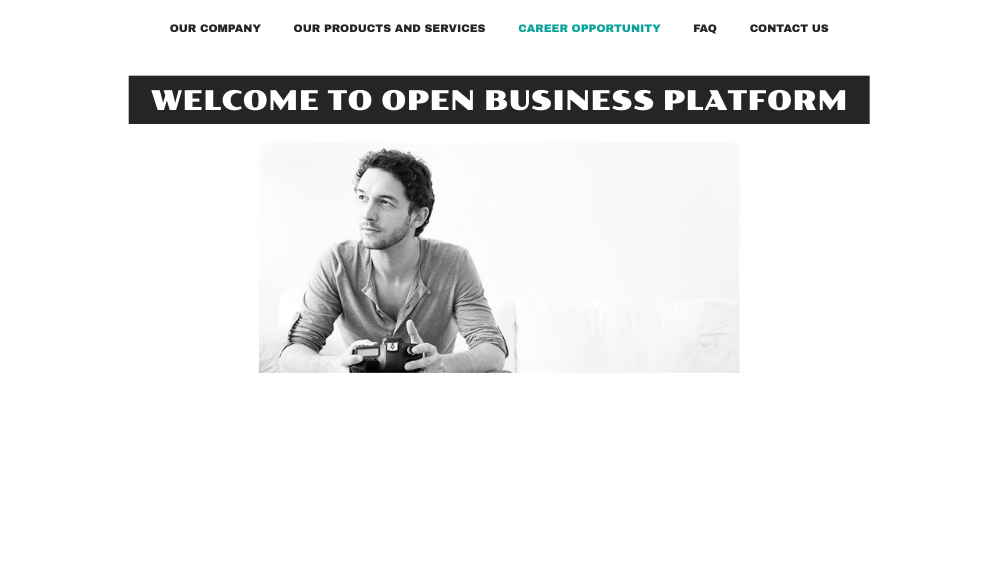
Repository: asifdotpy/textechint
Page: about.html
The author's editor kept a copy of each file at every save. The page is drawn from the files as they stood at one save, then again after a run of saves.
The browser window is 1280 px wide. The pictures show the whole page, at 78% of full size.

Above is the page before, as saved 2021-02-24 00:46:16.

### about.html
<!doctype html>
<html>
<head>
	<meta charset="UTF-8">
	<meta name="viewport" content="width=device-width, initial-scale=1.0">
	<title>Career Opportunity - Tex Tech International</title>
	<link rel="stylesheet" type="text/css" href="css/style.css">
	<link rel="stylesheet" type="text/css" href="css/mobile.css" media="screen and (max-width : 568px)">
	<script type="text/javascript" src="js/mobile.js"></script>
</head>
<body>
	<div id="header">
		<ul id="navigation">
			<li>
				<a href="index.html">our company</a>
			</li>
			<li>
				<a href="gallery.html">Our Products and services
				</a>
			</li>
			<li class="selected">
				<a href="about.html">career opportunity</a>
			</li>
			<li>
				<a href="blog.html">faq</a>
			</li>
			<li>
				<a href="contact.html">contact us</a>
			</li>
		</ul>
	</div>
	<div id="body">
		<h1><span>Welcome to Open Business Platform</span></h1>
		<div>
			<img src="images/photographer.jpg" alt="">
			<div class="article">
				<!--<h3>Tex Tech International is the first and largest open business platform in Bangladesh</h3>
				<p>
					which might as well be the game changer in the business concepts of the country. It is a massive crowdsourcing platform which facilitates creative people to turn their ideas into products and profits.

				</p>
				<h3>Our goal </h3>
				<p>
					is to create a truly interconnected that’s are involved in Apparels as a part of Marketing, who has potential customers & this platform helps to start businesses and getting many apparels service with zero investment. This platform helps to build supply networks they know and trust, paving the way for transparent and sustainable supply chains. We are constantly looking beyond customers’ and society’s expectations in order to deliver market leading services wherever they are needed. As a leader in providing specialized business solutions that improve quality, safety and productivity and reduce risk & Office cost, we help customers navigate an increasingly regulated world. Our independent services add significant value to our customers’ operations and ensure business sustainability.

				</p>
				<h3>Be Part of Our Community</h3>
				<p>
					As well as delivering services that promote sustainable development, our values also show a commitment to corporate sustainability. For us, sustainability is about managing a long-term profitable business while taking into account all the positive and negative environmental, social and economic effects we have on society. We partner with you to deliver and take care independent (Merchandising, Sourcing, Development, Commercial, Production, Logistics etc.) services that will help you to improve operations, reduce wages cost along with Daily/Monthly cost and develop smart solutions.

				</p>
				<h3>Work area</h3>
				<p>
					Wherever you are in the world, in whatever you are connected in Apparels industry, you can rely on our service to provide specialized solutions to make your business faster and simpler. As you ensure Sales/Export, we take care of the manufacturing, shipping, customer service, and everything else that goes into making sure your customers are happy. Tex Tech International may be the only one among the existing business models that requires absolute zero investment to initiate and guarantees significant recognition and profits in virtually non-existent legwork and absolutely minimal efforts. All you need to do is bring your creativity and help spread the word, we’ll take care of the rest.

				</p>
			</div>
		</div>
	</div>
	<div id="footer">
		<div>
			<p>&copy; Created by Asif and Apu. All rights reserved.</p>
			<ul>
				<li>
					<a href="http://freewebsitetemplates.com/go/twitter/" id="linkedin">lindedin</a>
				</li>
				<li>
					<a href="https://www.facebook.com/textechint" target="_blank" id="facebook">facebook</a>
			</ul>
		</div>
	</div>
</body>
</html>

### css/style.css
@font-face {
	font-family: 'poller_oneregular';
	src: url('../fonts/pollerone/pollerone-webfont.eot');
	src: url('../fonts/pollerone/pollerone-webfont.eot?#iefix') format('embedded-opentype'),
		 url('../fonts/pollerone/pollerone-webfont.woff') format('woff'),
		 url('../fonts/pollerone/pollerone-webfont.ttf') format('truetype'),
		 url('../fonts/pollerone/pollerone-webfont.svg#poller_oneregular') format('svg');
}
@font-face {
	font-family: 'leckerli_oneregular';
	src: url('../fonts/leckerlione/leckerlione-regular-webfont.eot');
	src: url('../fonts/leckerlione/leckerlione-regular-webfont.eot?#iefix') format('embedded-opentype'),
		 url('../fonts/leckerlione/leckerlione-regular-webfont.woff') format('woff'),
		 url('../fonts/leckerlione/leckerlione-regular-webfont.ttf') format('truetype'),
		 url('../fonts/leckerlione/leckerlione-regular-webfont.svg#leckerli_oneregular') format('svg');
}

body {
	background: #fff;
	font-family: Arial, Helvetica, sans-serif;
	font-size: 14px;
	font-weight: normal;
	line-height: 1;
	margin: 0;
	min-width: 960px;
	padding: 0;
}
p {
	color: #252525;
	line-height: 24px;
	margin: 0;
	padding: 0;
}
p a {
	color: #252525;
	text-decoration: underline;
}
p a:hover {
	color: #898989;
}
#header {
	margin: 0 auto;
	padding: 4px 0 50px;
	text-align: center;
	width: 960px;
}
#header a.logo {
	display: block;
	margin: 0 auto;
	padding: 0;
	width: 340px;
}
#header a.logo img {
	border: 0;
	display: block;
	margin: 0;
	padding: 0;
}
#header ul {
	margin: 0;
	padding: 25px 0 0;
}
#header ul li {
	display: inline;
	list-style: none;
	margin: 0;
	padding: 0 19px;
}
#header ul li a {
	color: #252525;
	display: inline-block;
	font-family: "Arial Black", Gadget, sans-serif;
	font-size: 14px;
	font-weight: normal;
	margin: 0;
	padding: 0 0 3px;
	text-decoration: none;
	text-transform: uppercase;
}
#header ul li a:hover, #header ul li.selected a {
	color: #0ba39c;
}
#body {
	margin: 0;
	padding: 0 0 30px;
	text-align: center;
}
#body h1 {
	color: #fff;
	display: inline;
	font-family: poller_oneregular;
	font-size: 35px;
	font-weight: normal;
	margin: 0;
	padding: 0;
	text-transform: uppercase;
}
#body h1 span {
	background: #252525;
	display: inline-block;
	padding: 15px 28px 12px;
}
#body > div {
	margin: 0 auto;
	padding: 0;
	width: 960px;
}
#body > div img {
	border: 0 auto;
	margin: 24px 0 0;
	padding: 0;
}
#body > div .article {
	margin: 0 auto;
	padding: 30px 30px 0;
	width: 560px;
}
#body > div .article h2 {
	font-family: "Arial Black", Gadget, sans-serif;
	font-size: 25px;
	font-weight: normal;
	margin: 0 0 30px;
}
#body > div .article h3 {
	color: #252525;
	line-height: 24px;
	margin: 0;
	padding: 0;
}
#body > div .article h4 {
	background: #252525;
	color: #fff;
	display: inline-block;
	font-family: "Arial Black", Gadget, sans-serif;
	font-size: 25px;
	font-weight: normal;
	margin: 0 0 30px;
	padding: 8px 27px 10px;
}
#body > div .article p {
	margin: 0 0 30px;
	text-align: justify;
}
#body div div ul {
	margin: 0;
	padding: 24px 10px 0;
	width: 940px;
	list-style-type: none;
}
#body div div ul li {
	border: 2px solid #1a1a1a;
	display: block;
	list-style: none;
	margin: 0 0 13px;
	overflow: hidden;
	padding: 0;
}
#body div ul li .figure {
	border-right: 2px solid #1a1a1a;
	float: left;
	margin: 0;
	padding: 0;
	width: 376px;
}
#body div ul li img {
	border: 0;
	display: block;
	margin: 0;
	padding: 0;
	opacity: 0.8;
	transition: 0.5s ease-in-out;
}
#body div ul li .figure:hover img {
	opacity: 1;
}
#body div ul li div {
	float: left;
	margin: 0;
	padding: 63px 0 20px;
	width: 558px;
}
#body div ul li div h3 {
	color: #252525;
	font-family: "Arial Black", Gadget, sans-serif;
	font-size: 25px;
	font-weight: normal;
	margin: 0;
	padding: 0;
	text-transform: uppercase;
}
#body div ul li div p {
	padding: 30px 30px 18px;
}
#body div ul li div a.more {
	background: #000;
	color: #fff;
	display: inline-block;
	font-family: "Arial Black", Gadget, sans-serif;
	font-size: 18px;
	font-weight: normal;
	margin: 0;
	padding: 8px 28px;
	text-decoration: none;
	text-transform: uppercase;
}
#body div ul li div a.more:hover {
	color: #252525;
	background: #fff;
	border: 2px solid #252525;
}
#body #featured {
	margin: 0 0 13px;
	padding: 0;
	position: relative;
	width: 100%;
}
#body #featured img {
	border: 0;
	display: block;
	margin: 0;
	padding: 0;
	width: 100%;
	height: auto;
}
#body #featured div {
	left: 50%;
	margin-left: -480px;
	margin-top: -171px;
	padding: 0 0 0 470px;
	position: absolute;
	top: 50%;
	text-align: left;
	width: 490px;
}
#body #featured div h2 {
	background: #fff;
	color: #000;
	display: inline-block;
	font-family: poller_oneregular;
	font-size: 20px;
	font-weight: normal;
	margin: 0 0 18px;
	padding: 23px 27px 20px;
	text-transform: uppercase;
}
#body #featured div span {
	background: #252525;
	color: #fff;
	display: inline-block;
	font-size: 20px;
	margin: 7px 0;
	padding: 12px 27px;
}
#body #featured div a {
	background: #0ba39c;
	color: #fff;
	display: inline-block;
	font-size: 16px;
	margin: 15px 0 0;
	padding: 26px 27px 22px;
	text-align: center;
	text-decoration: none;
	text-transform: uppercase;
}
#body #featured div a:hover {
	background: #1fc3bc;
}
#body > ul {
	margin: 0 auto;
	overflow: hidden;
	padding: 24px 0 0;
	width: 960px;
}
#body > ul li {
	display: block;
	float: left;
	margin: 0 10px 20px;
	padding: 0;
	width: 300px;
}
#body > ul li a {
	color: #000;
	display: block;
	font-family: poller_oneregular;
	font-size: 20px;
	font-weight: normal;
	margin: 0;
	padding: 0;
	text-align: center;
	text-decoration: none;
	text-transform: uppercase;
}
#body > ul li a img {
	border: 2px solid #1a1a1a;
	display: block;
	margin: 0;
	padding: 0;
	opacity: .8;
	transition: 0.5s ease-in-out;
}
#body > ul li a:hover img {
	opacity: 1;
}
#body > ul li a span {
	display: block;
	margin: 0;
	padding: 33px 0 0;
}
#body form {
	margin: 0 auto;
	padding: 24px 0 0;
	width: 620px;
}
#body form input, #body form textarea {
	border: 2px solid #252525;
	color: #252525;
	font-family: Arial, Helvetica, sans-serif;
	font-size: 15px;
	font-weight: normal;
	margin: 0 0 37px;
	padding: 20px 10px;
	text-align: center;
	text-transform: uppercase;
	width: 596px;
}
#body form textarea {
	height: 175px;
	overflow: auto;
	resize: none;
}
#body form #send {
	background: #252525;
	color: #fff;
	font-family: "Arial Black", Gadget, sans-serif;
	font-size: 15px;
	font-weight: normal;
	display: inline-block;
	padding: 20px 28px;
	width: auto;
}
#body form #send:hover {
	background: #fff;
	color: #252525;
	cursor: pointer;
}
#footer {
	background: #252525;
	margin: 0;
	padding: 36px 0 42px;
}
#footer div {
	margin: 0 auto;
	overflow: hidden;
	padding: 0;
	width: 960px;
}
#footer div p {
	color: #fff;
	float: left;
	line-height: 44px;
	margin: 0 0 0 10px;
	padding: 0;
}
#footer div ul {
	display: block;
	float: right;
	margin: 0;
	overflow: hidden;
	padding: 0;
	width: 256px;
}
#footer div ul li {
	display: block;
	float: left;
	list-style: none;
	margin: 0 10px;
	padding: 0;
	width: 44px;
}
#footer div ul li a {
	background: url(../images/icons.jpg) no-repeat 0 0;
	display: block;
	height: 44px;
	margin: 0;
	padding: 0;
	text-indent: -99999px;
	width: 44px;
}
#footer div ul li #linkedin {
	background-position: 0 0;
}
#footer div ul li #linkedin:hover {
	background-position: -44px 0;
}
#footer div ul li #facebook {
	background-position: 0 -44px;
}
#footer div ul li #facebook:hover {
	background-position: -44px -44px;
}

div .intro h1 {
	margin: 0px 50px;
	padding: 0px 50px;
	background-color: #0ba39c;
	text-decoration: #1a1a1a;
}

div .intro p {
	margin: 10px;
	padding: 10px;
	font-size: 16px;
}

div .main {
	font-size: 15px;
}



.post-container {
    margin: 20px 20px 0 0;
    border: 5px solid #333;
    overflow: auto
}
.post-thumb {
    float: left;
}
.post-thumb img {
    display: block;
}
.post-content {
    margin-left: 210px
}
.post-title {
    font-weight: bold;
    font-size: 200%
}

div .main {
	text-align: justify;
}

div .article

### js/mobile.js
window.onload = function(){
	var getNavi = document.getElementById('navigation');

	var mobile = document.createElement("span");
	mobile.setAttribute("id","mobile-navigation");
	getNavi.parentNode.insertBefore(mobile,getNavi);

	document.getElementById('mobile-navigation').onclick = function(){
		var a = getNavi.getAttribute('style');
		if(a){
			getNavi.removeAttribute('style');
			document.getElementById('mobile-navigation').style.backgroundImage='url(images/mobile-menu.png)';
		} else {
			getNavi.style.display='block';
			document.getElementById('mobile-navigation').style.backgroundImage='url(images/mobile-close.png)';
		}
	};
	var getElm = getNavi.getElementsByTagName("LI");
	for(var i=0;i<getElm.length;i++){
		if(getElm[i].children.length>1){
			var smenu = document.createElement("span");
			smenu.setAttribute("class","mobile-submenu");
			smenu.setAttribute("OnClick","submenu("+i+")");
			getElm[i].appendChild(smenu);
		};
	};
	submenu = function (i){
		var sub = getElm[i].children[1];
		var b = sub.getAttribute('style');
		if(b){
			sub.removeAttribute('style');
			getElm[i].lastChild.style.backgroundImage='url(images/mobile-expand.png)';
			getElm[i].lastChild.style.backgroundColor='rgba(11, 163, 156, 0.7)';
		} else {
			sub.style.display='block';
			getElm[i].lastChild.style.backgroundImage='url(images/mobile-collapse.png)';
			getElm[i].lastChild.style.backgroundColor='rgba(0,0,0,0.8)';
		}
	};
};

### css/mobile.css
body {
	min-width: 0;
}
#header {
	padding: 20px 0;
	position: relative;
	width: 100%;
}
#header a.logo {
	width: 80%;
}
#header a.logo img {
	width: 100%;
}
#mobile-navigation {
	background: url(../images/mobile-menu.png) no-repeat 0 0;
	display: block;
	height: 50px;
	margin: 30px auto 0;
	padding: 0;
	width: 50px;
}
#header ul {
	border: 1px solid #fff;
	display: none;
	left: 50%;
	margin-left: -45%;
	padding: 0;
	position: absolute;
	width: 90%;
	z-index: 1001;
}
#header ul li {
	border-top: 1px solid #fff;
	display: block;
	margin: 0;
	padding: 0;
	position: relative;
}
#header > ul > li:first-child {
	border: 0;
}
#header ul li a {
	background: rgba(11, 163, 156, 0.9);
	color: #fff;
	display: block;
	font-family: Arial, Helvetica, sans-serif;
	font-size: 16px;
	font-weight: normal;
	height: 49px;
	line-height: 49px;
	padding: 0 15px;
	text-align: left;
}
#header ul li a:hover, #header ul li.selected a {
	background: rgba(0, 0, 0, 0.9);
	color: #fff;
}
#header ul ul {
	display: none;
	border: 0;
	height: auto;
	left: 0;
	margin: 0;
	position: relative;
	width: 100%;
}
#header ul ul li a {
	text-indent: 15px;
}
#header ul li span {
	background: rgba(11, 163, 156, 0.9) url(../images/mobile-expand.png) no-repeat 0 0;
	border-left: 1px solid #fff;
	display: block;
	height: 49px;
	position: absolute;
	right: 0;
	top: 0;
	width: 50px;
}
#body {
	width: 100%;
}
#body h1 {
	display: block;
	font-size: 20px;
	margin: 0 auto;
	width: 90%;
}
#body h1 span {
	display: block;
	padding: 3%;
	width: 94%;
}
#body > div {
	padding: 0 5%;
	width: 90%;
}
#body > div img {
	margin: 24px 0 30px;
	width: 98%
}
#body > div .article {
	padding: 0;
	width: 100%;
}
#body > div .article h2, #body > div .article h4 {
	font-size: 18px;
	font-weight: bold;
}
#body #featured {
	overflow: hidden;
	margin: 0 0 20px
}
#body #featured img {
	min-width: 960px;
}
#body #featured div {
	left: 0;
	margin: 0;
	padding: 0 2%;
	position: absolute;
	top: 0;
	text-align: left;
	width: 96%;
}
#body #featured div h2 {
	font-size: 14px;
	font-weight: normal;
	margin: 50px 0 10px;
	padding: 8px 5px;
}
#body #featured div span {
	display: block;
	font-size: 14px;
	margin: 10px 0;
	padding: 10px;
}
#body #featured div a {
	font-size: 14px;
	margin: 5px 0 0;
	padding: 10px;
}
#body > ul {
	overflow: visible;
	padding: 0 5%;
	width: 90%;
}
#body ul.gallery {
	padding: 5% 0;
	overflow: hidden;
	width: 100%;
}
#body > ul li {
	float: none;
	margin: 0;
	width: 100%;
}
#body ul.gallery li {
	float: left;
	margin: 0 0 5% 5%;
	width: 42%;
}
#body > ul li a img {
	width: 98%;
}
#body > ul li a span {
	padding: 15px 0;
}
#body div ul {
	margin: 0;
	padding: 20px 0 0;
	width: 100%;
}
#body div ul li {
	overflow: visible;
	padding: 0 0 20px;
	width: 99%;
}
#body div ul li .figure {
	border: 0;
	display: block;
	float: none;
	margin: 0 0 20px;
	width: 100%;
}
#body div ul li .figure img {
	width: 100%;
}
#body div ul li div {
	float: none;
	padding: 0;
	width: 100%;
}
#body div ul li div a.more:hover {
	height: 14px;
	line-height: 14px;
}
#body form {
	width: 100%;
}
#body form input, #body form textarea {
	margin: 0 0 20px;
	padding: 10px;
	width: 84%;
}
#body form #send {
	padding: 10px;
}
#footer {
	padding: 10px 0 25px;
}
#footer div {
	overflow: visible;
	width: 100%;
}
#footer div p {
	float: none;
	margin: 0;
	text-align: center;
}
#footer div ul {
	float: none;
	margin: 0 auto;
	width: 256px;
}

After the next 2 saves:
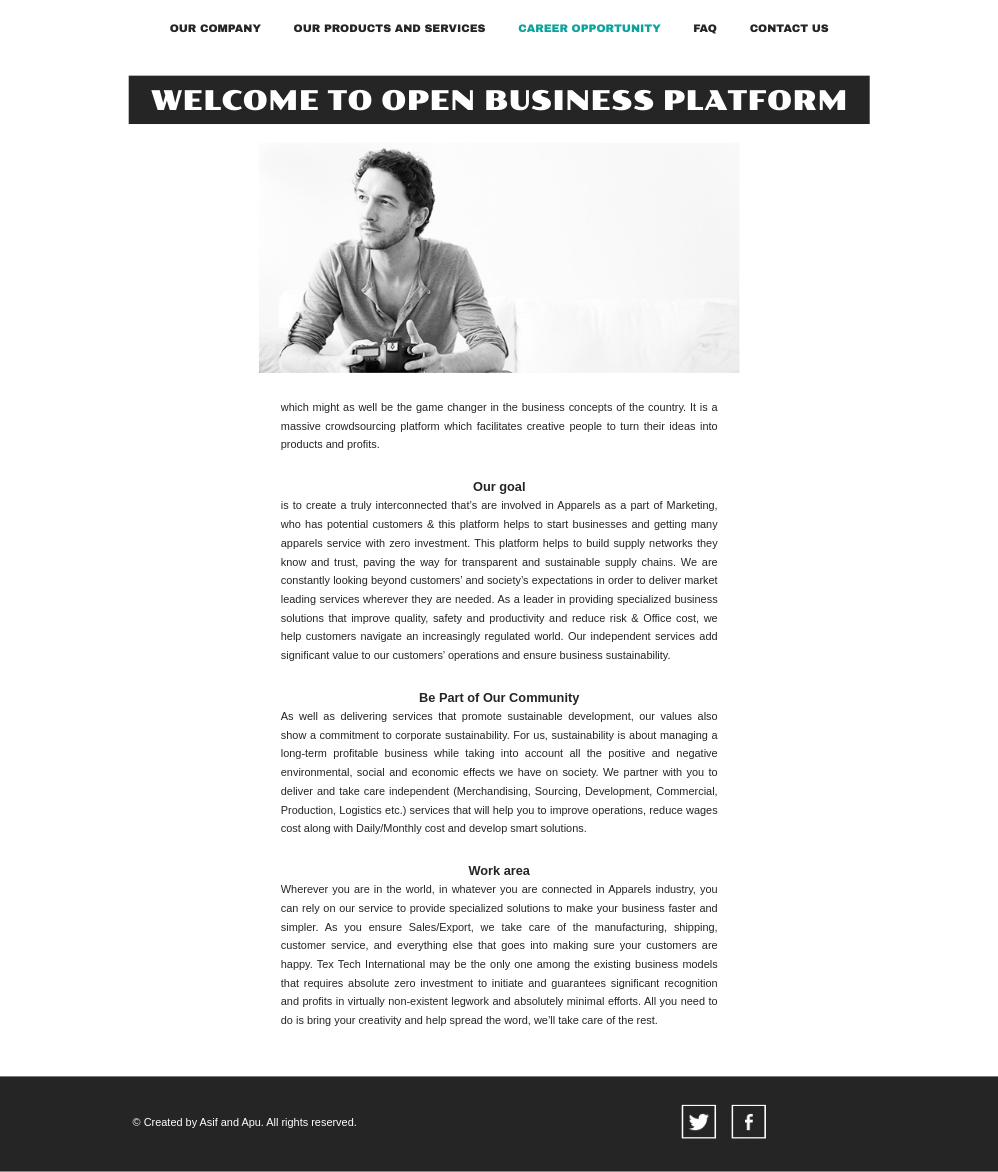
The 2 saves are shown as one change because they came seconds apart.
The last was saved 12 s later.
--- a/about.html
+++ b/about.html
@@ -34,7 +34,7 @@
 		<div>
 			<img src="images/photographer.jpg" alt="">
 			<div class="article">
-				<!--<h3>Tex Tech International is the first and largest open business platform in Bangladesh</h3>
+				<!--<h3>Tex Tech International is the first and largest open business platform in Bangladesh</h3>-->
 				<p>
 					which might as well be the game changer in the business concepts of the country. It is a massive crowdsourcing platform which facilitates creative people to turn their ideas into products and profits.
 
